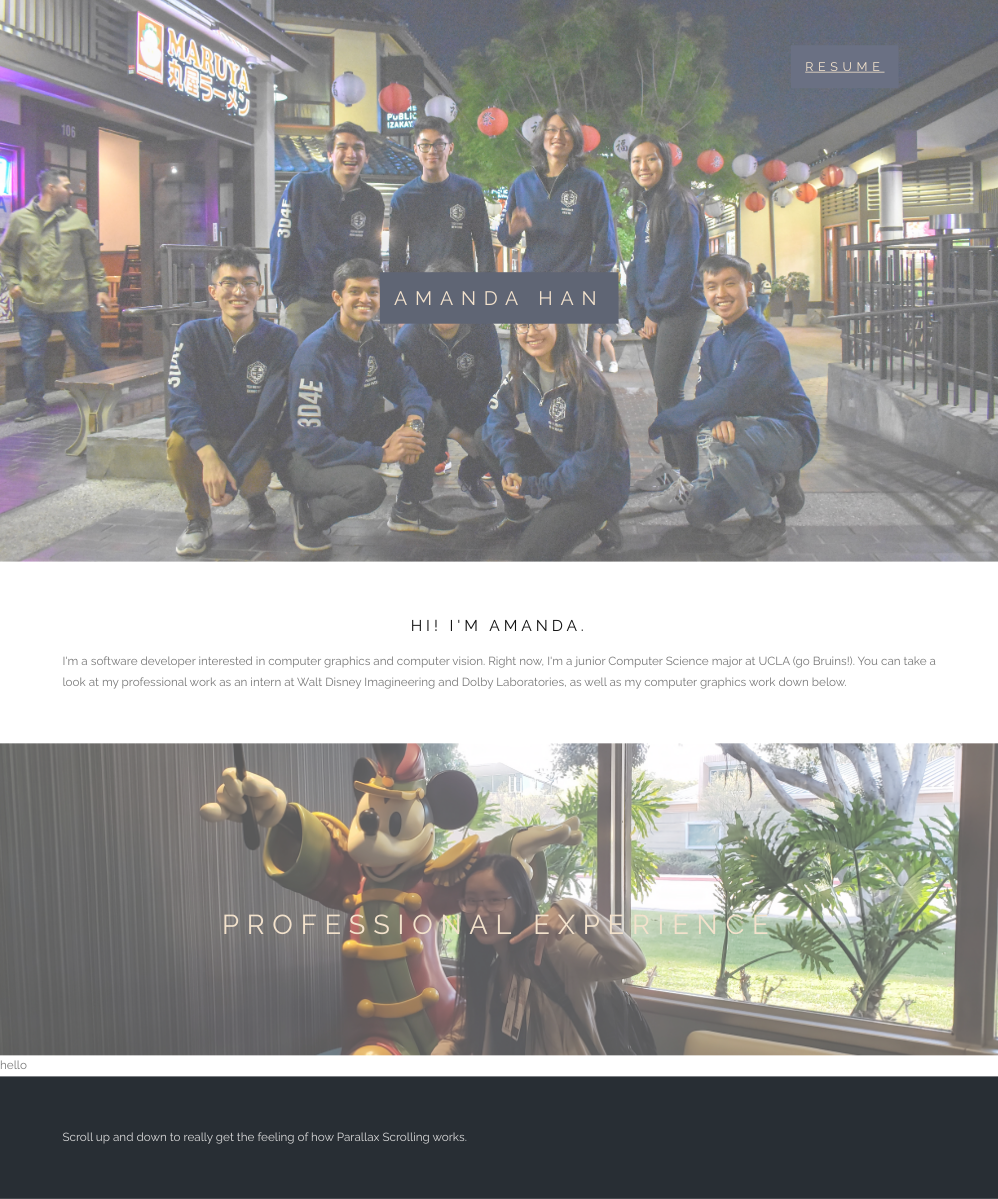
Repository: aliyuanh/me
Page: index.html
These files come from the project's save history. The page is drawn as it stood at one moment and after the next save; the edit follows.
The browser window is 1280 px wide. The pictures show the part of the page from y = 0 to 1537 px (the page is 2814 px tall before and 2829 px after), at 78% of full size.
Pictures or frames that could not be fetched are drawn as grey boxes.

Above is the page before, as saved 2020-09-17 12:38:54.

### index.html
<!DOCTYPE html>
<html>

<head>
    <link href="https://fonts.googleapis.com/css2?family=Raleway:ital,wght@0,100;0,400;1,400;1,500&display=swap" rel="stylesheet">
    <meta name="viewport" content="width=device-width, initial-scale=1">
    <style>
         :root {
            --oxford-blue: #0b132bff;
            --space-cadet: #1c2541ff;
            --cadet-blue: #4da1a9ff;
            --wheat: #edd4b2ff;
            --mountbatten-pink: #9a7aa0ff;
        }

        body,
        html {
            height: 100%;
            margin: 0;
            font: 400 15px/1.8 "Raleway", sans-serif;
            color: #777;
        }

        .bgimg-1,
        .bgimg-2,
        .bgimg-3 {
            position: relative;
            opacity: 0.65;
            background-attachment: fixed;
            background-position: center;
            background-repeat: no-repeat;
            background-size: cover;
        }

        .bgimg-1 {
            background-image: url("img/tokyo.jpg");
            min-height: 100%;
        }

        .bgimg-2 {
            background-image: url("img/imagineering.jpg");
            min-height: 400px;
        }

        .bgimg-3 {
            background-image: url("img/cmmnd.png");
            min-height: 400px;
        }

        .caption {
            position: absolute;
            left: 0;
            top: 50%;
            width: 100%;
            text-align: center;
            color: #000;
        }

        .caption span.border {
            background-color: var(--oxford-blue);
            color: var(--wheat);
            padding: 18px;
            font-size: 25px;
            letter-spacing: 10px;
        }

        h3 {
            letter-spacing: 5px;
            text-transform: uppercase;
            font: 20px "Raleway", sans-serif;
            color: #111;
        }
        /* Turn off parallax scrolling for tablets and phones */

        .toResume {
            top: 10%;
            width: 100%;
            right: 10%;
            text-align: right;
            color: #000;
            position: absolute;
        }

        .resumeButton {
            background-color: var(--space-cadet);
            color: var(--wheat);
            padding: 18px;
            font-size: 16px;
            letter-spacing: 6px;
        }

        .headers {
            padding: 18px;
            font-size: 25px;
            letter-spacing: 10px;
            background-color: transparent;
            font-size: 35px;
            color: var(--wheat);
        }

        .blockForText {
            color: #ddd;
            background-color: #282E34;
            text-align: center;
            padding: 50px 80px;
            text-align: justify;
        }

        .titleForBlock {
            color: var(--mountbatten-pink);
            background-color: transparent;
            text-align: center;
            top: 3em;
        }

        @media only screen and (max-device-width: 1024px) {
            .bgimg-1,
            .bgimg-2,
            .bgimg-3 {
                background-attachment: scroll;
            }
        }
        /* CSS HEX */
    </style>
</head>

<body>

    <div class="bgimg-1">
        <div class="toResume">
            <a class="resumeButton" href="https://drive.google.com/file/d/1WPi9M0jbwAtVQjWsxIvFWxaKqeurGUjf/view?usp=sharing">RESUME</a>
        </div>
        <div class="caption">
            <span class="border">AMANDA HAN</span>
        </div>
    </div>

    <div style="color: #777;background-color:white;text-align:center;padding:50px 80px;text-align: justify;">
        <h3 style="text-align:center;">Hi! I'm Amanda.</h3>
        <p>I'm a software developer interested in computer graphics and computer vision. Right now, I'm a junior Computer Science major at UCLA (go Bruins!). You can take a look at my professional work as an intern at Walt Disney Imagineering and Dolby Laboratories,
            as well as my computer graphics work down below.
        </p>
    </div>

    <div class="bgimg-2">
        <div class="caption">
            <span class="headers">PROFESSIONAL EXPERIENCE</span>
        </div>
    </div>

    <div style="position:relative;">
        hello
        <div style="color:#ddd;background-color:#282E34;text-align:center;padding:50px 80px;text-align: justify;">
            <p>Scroll up and down to really get the feeling of how Parallax Scrolling works.</p>
        </div>
    </div>

    <div class="bgimg-3">
        <div class="caption">
            <span class="border" style="background-color:transparent;font-size:25px;color: #f7f7f7;">SCROLL UP</span>
        </div>
    </div>

    <div style="position:relative;">
        <div class="blockForText">
            <p>Scroll up and down to really get the feeling of how Parallax Scrolling works.</p>
        </div>
    </div>

    <div class="bgimg-1">
        <div class="caption">
            <span class="border"><a href="mailto: aliyuanh@ucla.edu" style="color:#ddd ">Email me!</a></span>
        </div>
    </div>

</body>

</html>

After the next save:
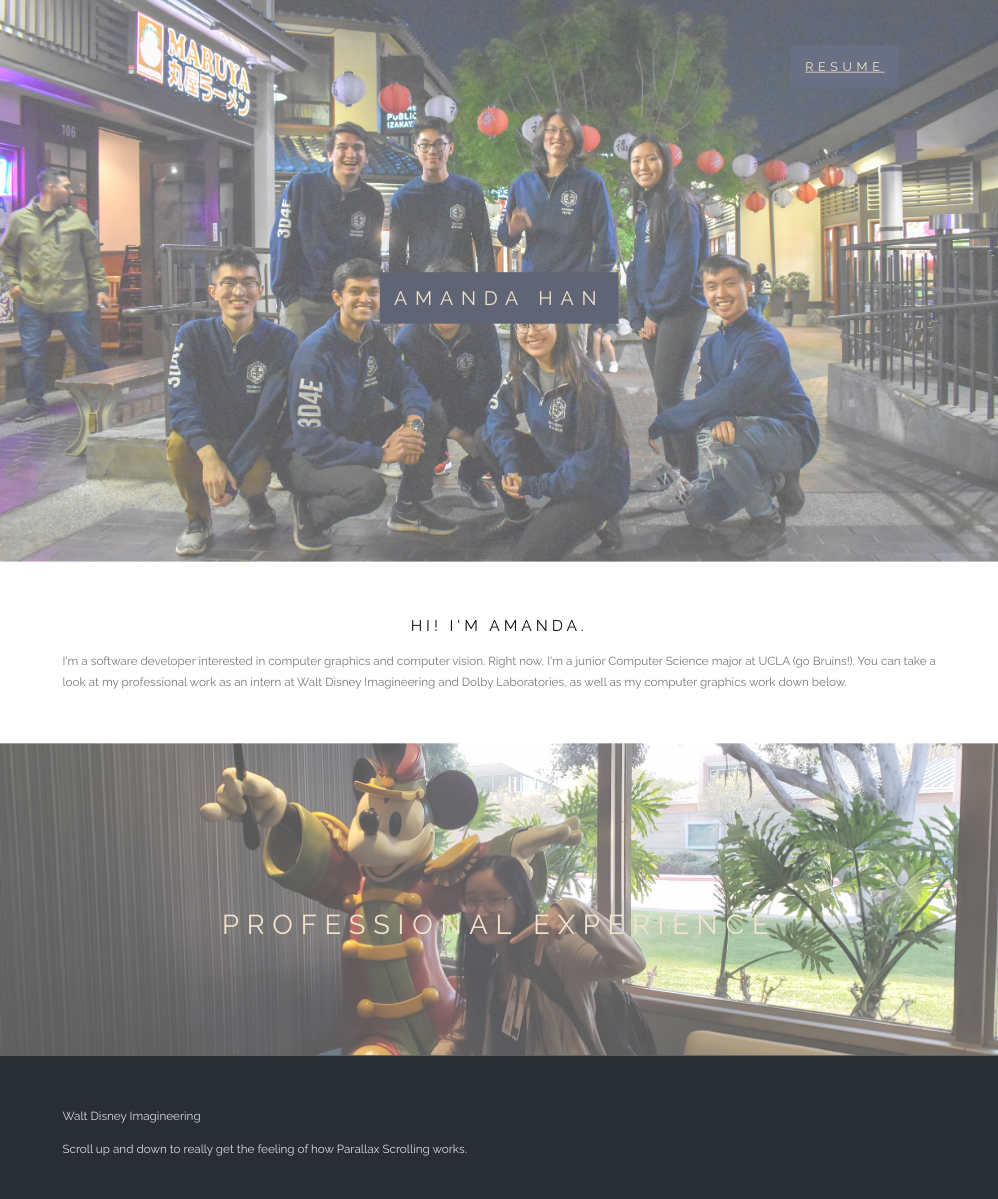
Saved 15 s later.
--- a/index.html
+++ b/index.html
@@ -149,8 +149,8 @@
     </div>
 
     <div style="position:relative;">
-        hello
         <div style="color:#ddd;background-color:#282E34;text-align:center;padding:50px 80px;text-align: justify;">
+            <p>Walt Disney Imagineering</p>
             <p>Scroll up and down to really get the feeling of how Parallax Scrolling works.</p>
         </div>
     </div>
